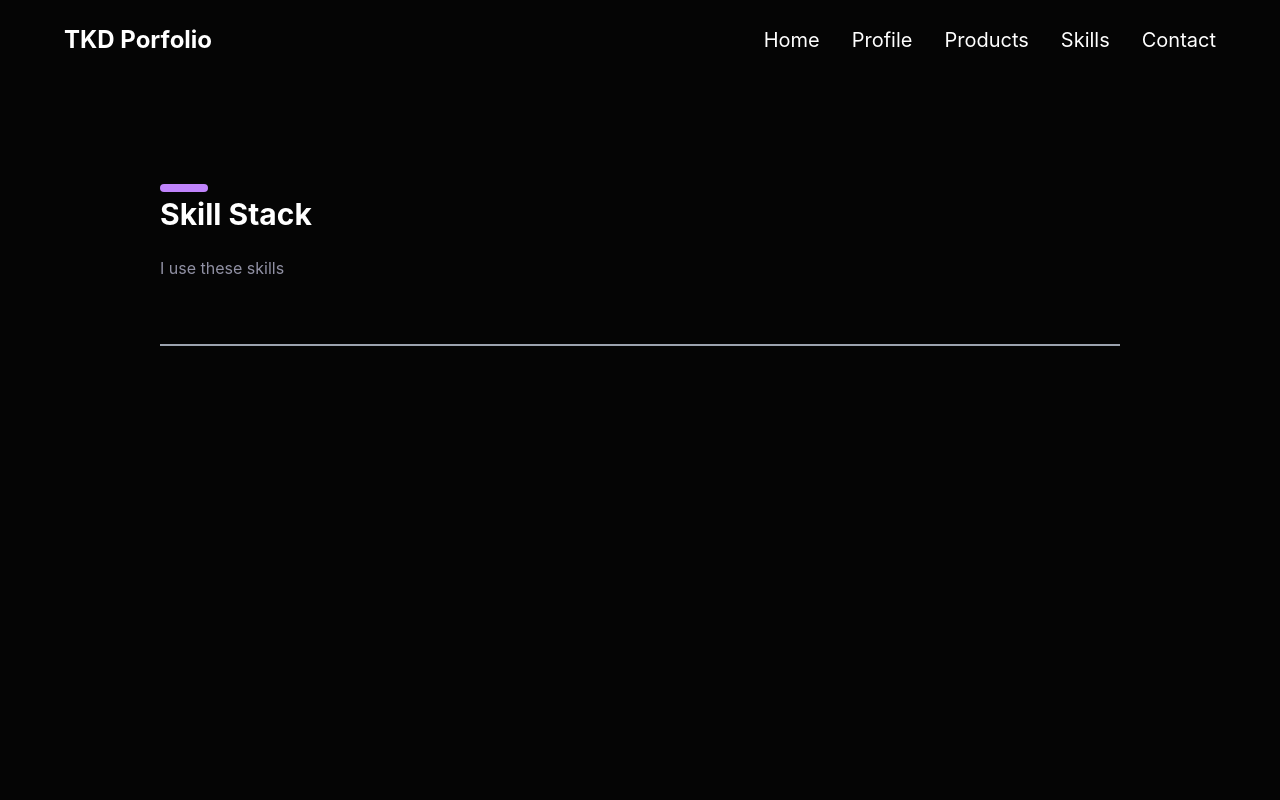
Repository: MitukiTakada/todo-aplication
Page: /skills (app in design/dev/react-tailwind/react-tailwind/)
These files come from the project's save history. The page is drawn as it stood at one moment and after the next save; the edit follows.
The browser window is 1280 px wide. The pictures show the whole page.
The project was rebuilt for these pictures with package versions that can differ from the ones it lists, and the page was loaded fresh each time. Also part of the build but not shown: design/dev/react-tailwind/react-tailwind/src/components/Contact.jsx, design/dev/react-tailwind/react-tailwind/src/components/Home.jsx, design/dev/react-tailwind/react-tailwind/src/components/Products.jsx, design/dev/react-tailwind/react-tailwind/src/components/Profile.jsx.

Above is the page before, as saved 2022-11-18 11:00:36.

After the next save:
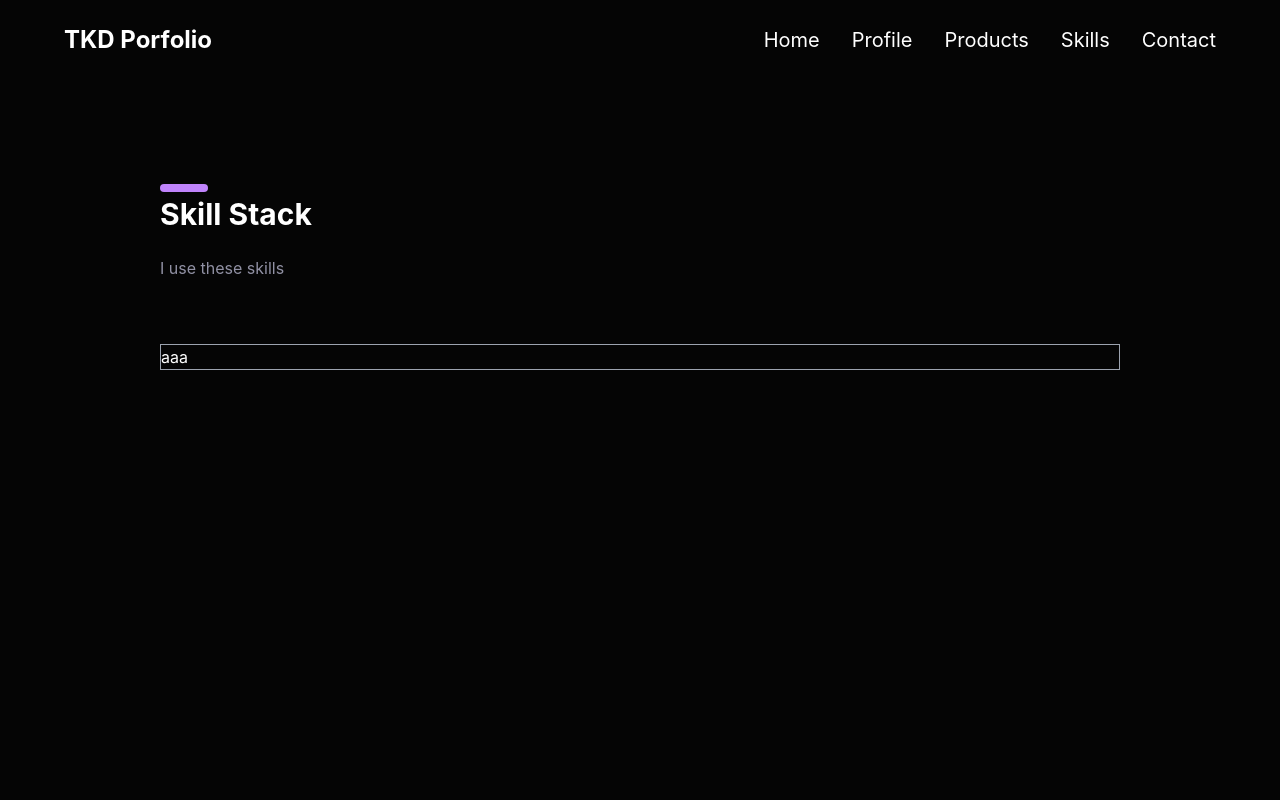
Saved 8 s later.
--- a/design/dev/react-tailwind/react-tailwind/src/components/Skills.jsx
+++ b/design/dev/react-tailwind/react-tailwind/src/components/Skills.jsx
@@ -11,6 +11,7 @@
         <div className="my-16">
           <div className="w-full border border-gray-400">
             <FontAwesomeIcon icon="fa-brands fa-square-js" />
+            aaa
           </div>
         </div>
       </section>

After the save that followed:
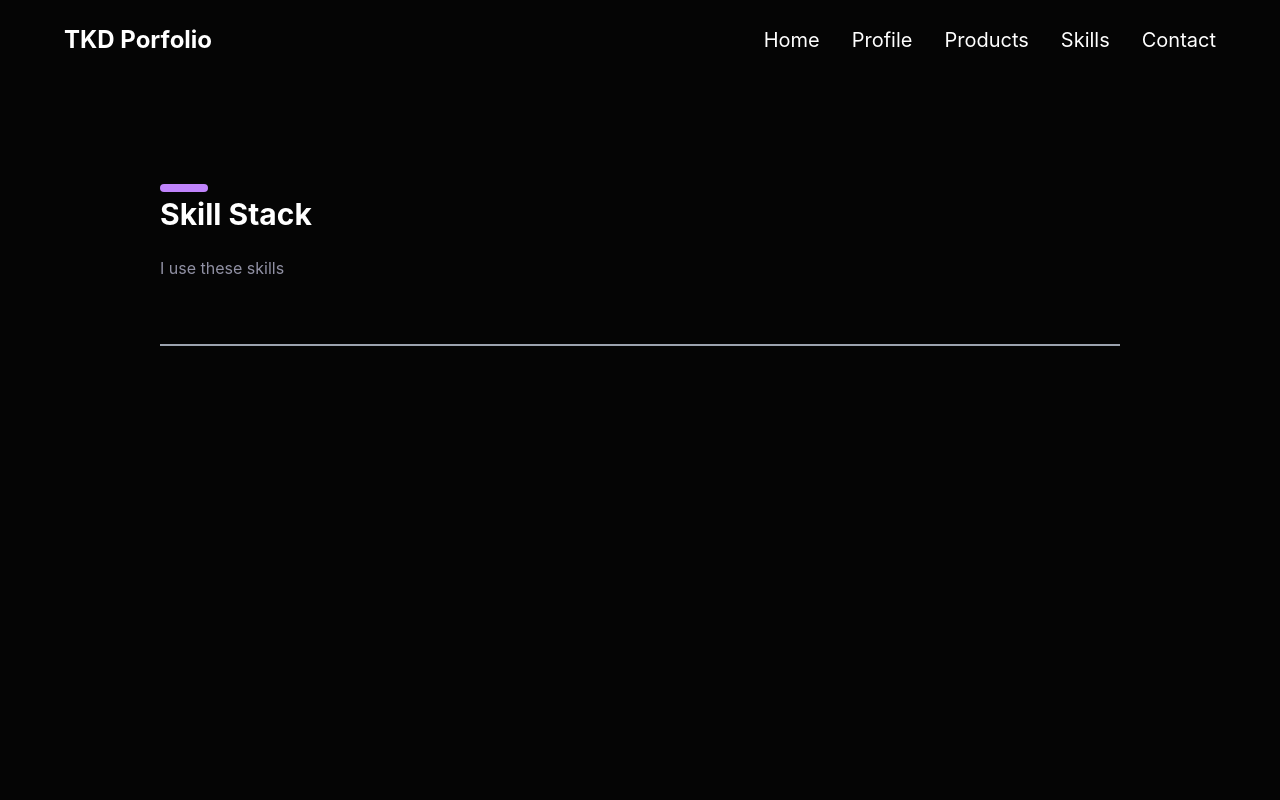
Saved 5 s later.
--- a/design/dev/react-tailwind/react-tailwind/src/components/Skills.jsx
+++ b/design/dev/react-tailwind/react-tailwind/src/components/Skills.jsx
@@ -11,7 +11,6 @@
         <div className="my-16">
           <div className="w-full border border-gray-400">
             <FontAwesomeIcon icon="fa-brands fa-square-js" />
-            aaa
           </div>
         </div>
       </section>
